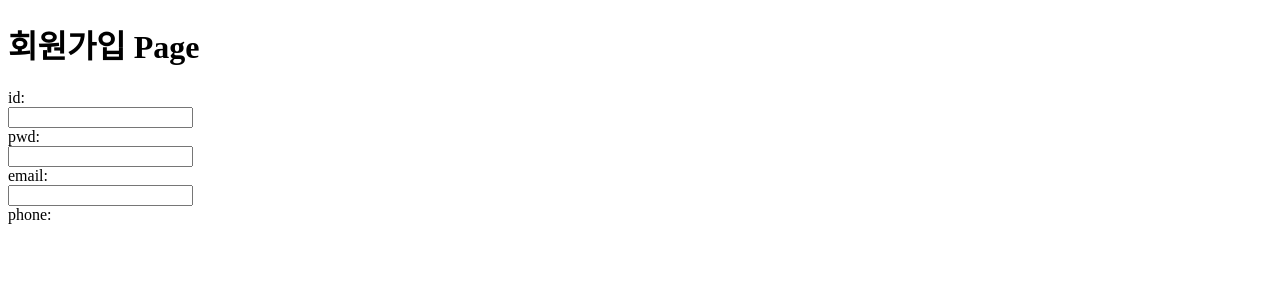
Repository: csk3830/jsp
Page: http://localhost/jsp_study/member/join.jsp
These files come from the project's save history. The page is drawn as it stood at one moment and after the next save; the edit follows.
The browser window is 1280 px wide. The pictures show the whole page.
The page is served by Tomcat 9.

Above is the page before, as saved 2024-10-25 01:54:26.

After the next save:
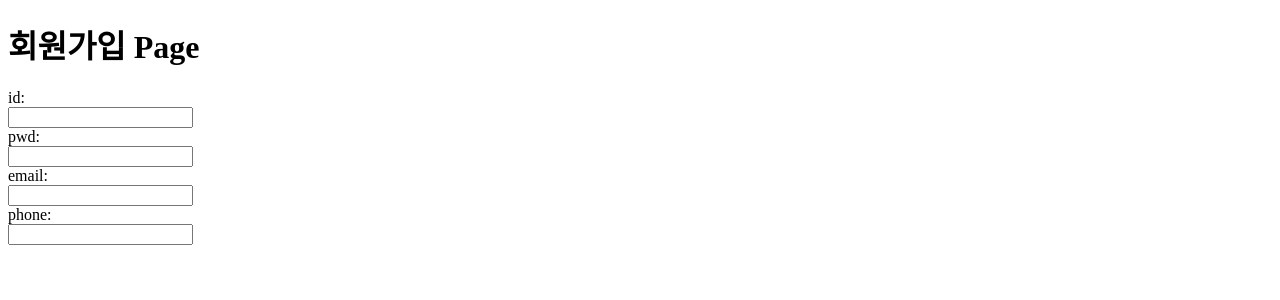
Saved 8 s later.
--- a/jsp_study/src/main/webapp/member/join.jsp
+++ b/jsp_study/src/main/webapp/member/join.jsp
@@ -17,6 +17,7 @@
 		email:<br>
 		<input type="text" name="email"><br>
 		phone:<br>
+		<input type="text" name="phone">
 	</form>
 </body>
 </html>
